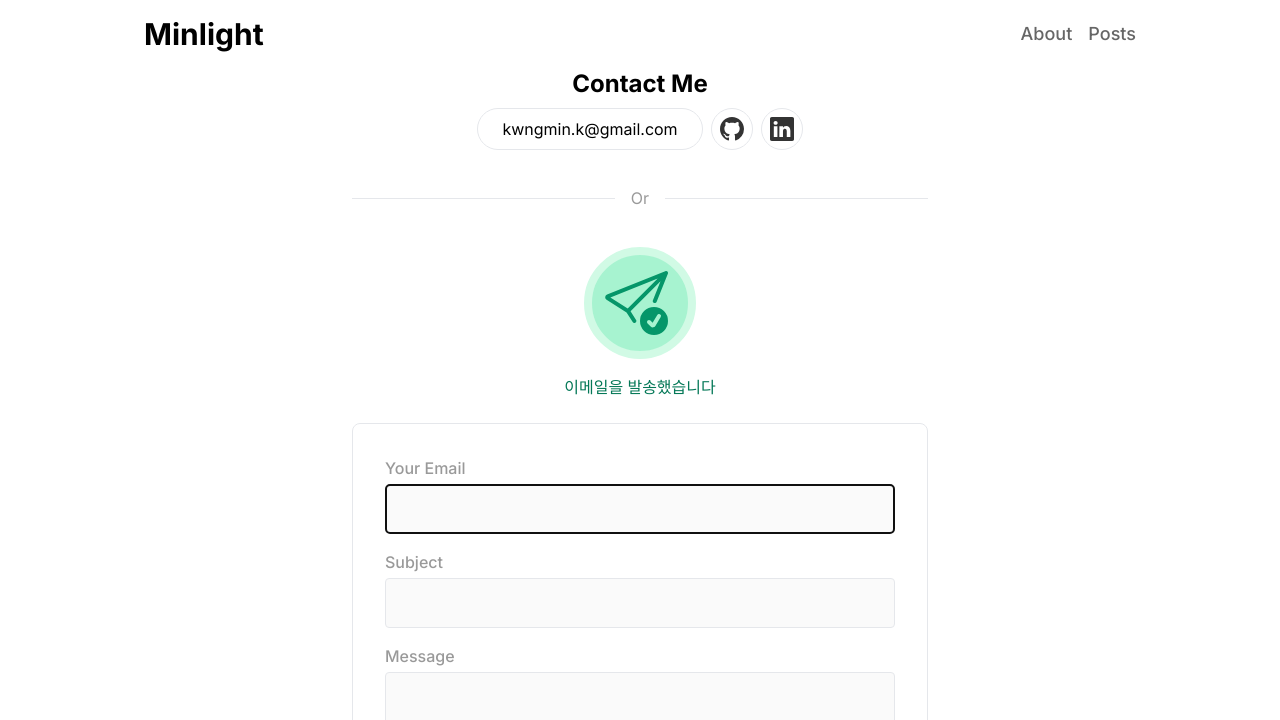
Repository: kwngmin/minlight-blog
Page: /contact
The author's editor kept a copy of each file at every save. The page is drawn from the files as they stood at one save, then again after the next save.
The browser window is 1280 px wide. The pictures show the whole page.
An inner scrolling area shows only its first screen. The project was rebuilt for these pictures with package versions that can differ from the ones it lists, and the page was loaded fresh each time. The framework's server and built-in components were replaced by stand-ins that run in the browser. Also part of the build but not shown: next.config.js.

Above is the page before, as saved 2023-04-03 20:25:23.

### src/app/layout.tsx
import Footer from "@/components/Footer";
import "./globals.css";
import { Inter } from "next/font/google";
import Header from "@/components/Header";

const inter = Inter({ subsets: ["latin"] });

export const metadata = {
  title: "Create Next App",
  description: "Generated by create next app",
};

export default function RootLayout({
  children,
}: {
  children: React.ReactNode;
}) {
  return (
    <html lang="en" className={inter.className}>
      <body className="flex flex-col">
        <Header />
        <main className="max-w-screen-lg mx-auto w-full grow px-4">
          {children}
        </main>
        <Footer />
      </body>
    </html>
  );
}

### src/app/contact/page.tsx
import ContactForm from "@/components/ContactForm";
import { BsLinkedin, BsGithub } from "react-icons/bs";
export default function ContactPage() {
  const LINKS = [
    { icon: <BsGithub />, url: "https://github.com/kwngmin" },
    {
      icon: <BsLinkedin />,
      url: "https://www.linkedin.com/in/%EA%B4%91%EB%AF%BC-%EA%B9%80-52b83a25a/",
    },
  ];
  return (
    <section className="flex flex-col items-center gap-2 max-w-xl mx-auto">
      <h2 className="text-2xl font-bold">Contact Me</h2>
      <ul className="flex justify-center items-center gap-2">
        <a
          href="mailto:kwngmin.k@gmail.com"
          className="px-6 rounded-full hover:bg-black hover:text-white py-2 border"
        >
          kwngmin.k@gmail.com
        </a>
        {LINKS.map(({ url, icon }, index) => (
          <a
            href={url}
            key={index}
            target="_blank"
            rel="noreferrer"
            className="text-2xl text-black/80 hover:bg-black hover:text-white rounded-full p-2 border"
          >
            {icon}
          </a>
        ))}
      </ul>
      <div className="w-full relative flex justify-center">
        <div className="w-full my-10 border-b"></div>
        <span className="absolute top-7 bg-white px-4 text-black/40">Or</span>
      </div>
      <ContactForm />
    </section>
  );
}

### src/components/Footer.tsx
export default function Footer() {
  return (
    <section className="text-center py-16 text-black/30 border-t mt-12">
      © 2023 Minlight
    </section>
  );
}

### src/app/globals.css
@tailwind base;
@tailwind components;
@tailwind utilities;

* {
  box-sizing: border-box;
  padding: 0;
  margin: 0;
}

html,
body {
  height: 100vh;
  overflow-y: auto;
}

/*
:root {
  --max-width: 1100px;
  --border-radius: 12px;
  --font-mono: ui-monospace, Menlo, Monaco, "Cascadia Mono", "Segoe UI Mono",
    "Roboto Mono", "Oxygen Mono", "Ubuntu Monospace", "Source Code Pro",
    "Fira Mono", "Droid Sans Mono", "Courier New", monospace;

  --foreground-rgb: 0, 0, 0;
  --background-start-rgb: 214, 219, 220;
  --background-end-rgb: 255, 255, 255;

  --primary-glow: conic-gradient(
    from 180deg at 50% 50%,
    #16abff33 0deg,
    #0885ff33 55deg,
    #54d6ff33 120deg,
    #0071ff33 160deg,
    transparent 360deg
  );
  --secondary-glow: radial-gradient(
    rgba(255, 255, 255, 1),
    rgba(255, 255, 255, 0)
  );

  --tile-start-rgb: 239, 245, 249;
  --tile-end-rgb: 228, 232, 233;
  --tile-border: conic-gradient(
    #00000080,
    #00000040,
    #00000030,
    #00000020,
    #00000010,
    #00000010,
    #00000080
  );

  --callout-rgb: 238, 240, 241;
  --callout-border-rgb: 172, 175, 176;
  --card-rgb: 180, 185, 188;
  --card-border-rgb: 131, 134, 135;
}

@media (prefers-color-scheme: dark) {
  :root {
    --foreground-rgb: 255, 255, 255;
    --background-start-rgb: 0, 0, 0;
    --background-end-rgb: 0, 0, 0;

    --primary-glow: radial-gradient(rgba(1, 65, 255, 0.4), rgba(1, 65, 255, 0));
    --secondary-glow: linear-gradient(
      to bottom right,
      rgba(1, 65, 255, 0),
      rgba(1, 65, 255, 0),
      rgba(1, 65, 255, 0.3)
    );

    --tile-start-rgb: 2, 13, 46;
    --tile-end-rgb: 2, 5, 19;
    --tile-border: conic-gradient(
      #ffffff80,
      #ffffff40,
      #ffffff30,
      #ffffff20,
      #ffffff10,
      #ffffff10,
      #ffffff80
    );

    --callout-rgb: 20, 20, 20;
    --callout-border-rgb: 108, 108, 108;
    --card-rgb: 100, 100, 100;
    --card-border-rgb: 200, 200, 200;
  }
}

* {
  box-sizing: border-box;
  padding: 0;
  margin: 0;
}

html,
body {
  max-width: 100vw;
  overflow-x: hidden;
}

body {
  color: rgb(var(--foreground-rgb));
  background: linear-gradient(
      to bottom,
      transparent,
      rgb(var(--background-end-rgb))
    )
    rgb(var(--background-start-rgb));
}

a {
  color: inherit;
  text-decoration: none;
}

@media (prefers-color-scheme: dark) {
  html {
    color-scheme: dark;
  }
} */

### src/components/Header.tsx
import Link from "next/link";

const navData = [
  { name: "About", path: "/about" },
  { name: "Posts", path: "/posts" },
];

export default function Header() {
  return (
    <div className="w-full flex justify-between items-center p-4 mx-auto max-w-screen-lg">
      <Link href="/">
        <h1 className="text-3xl font-bold">Minlight</h1>
      </Link>
      <nav className="flex gap-4 px-4 lg:px-0">
        {navData.map(({ name, path }) => (
          <Link
            href={path}
            key={path}
            className="text-black/60 hover:text-black text-lg font-medium hover:underline decoration-slate-400 hover:decoration-4 underline-offset-8"
          >
            {name}
          </Link>
        ))}
      </nav>
    </div>
  );
}

### src/components/ContactForm.tsx
"use client";
import { ChangeEvent, FormEvent, useState } from "react";
// import Banner, { BannerData } from "./banner";
import TextareaAutosize from "react-textarea-autosize";
import { BsSendCheck } from "react-icons/bs";
import { BannerData } from "./Banner";

type Form = {
  from: string;
  subject: string;
  message: string;
};
export default function ContactForm() {
  const [form, setForm] = useState<Form>({
    from: "",
    subject: "",
    message: "",
  });
  const [banner, setBanner] = useState<BannerData | null>(null);
  const onChange = (e: ChangeEvent<HTMLInputElement | HTMLTextAreaElement>) => {
    const { name, value } = e.target;
    setForm((prev) => ({ ...prev, [name]: value }));
  };
  const onSubmit = (e: FormEvent<HTMLFormElement>) => {
    e.preventDefault();
    console.log(e.target);
    setBanner({ message: "성공했어", state: "success" });
    // setTimeout(() => {
    //   setBanner(null);
    // }, 5000);
    // setForm({
    //   from: "",
    //   subject: "",
    //   message: "",
    // });
  };
  const INPUT_LABEL = "font-medium text-black/40 mb-1";
  const INPUT_BOX = "mb-4 resize-none px-3 py-3 border rounded bg-zinc-50";
  return (
    <section className="w-full">
      {/* {banner && <Banner banner={banner} />}
       */}
      <div className="px-4 mb-6 rounded flex flex-col items-center font-medium text-emerald-700 ">
        <div className="rounded-full w-28 h-28 mb-4 flex justify-center items-center border-8 bg-emerald-200 border-emerald-100">
          <BsSendCheck size={64} className="mr-2 text-emerald-600" />
        </div>
        <span>{`이메일을 발송했습니다`}</span>
      </div>
      <form
        onSubmit={onSubmit}
        className="flex flex-col border p-8 w-full rounded-lg"
      >
        <label htmlFor="from" className={INPUT_LABEL}>
          Your Email
        </label>
        <input
          type="email"
          id="from"
          required
          autoFocus
          name="from"
          value={form.from}
          onChange={onChange}
          className={INPUT_BOX}
        />
        <label htmlFor="subject" className={INPUT_LABEL}>
          Subject
        </label>
        <input
          type="string"
          id="subject"
          required
          name="subject"
          value={form.subject}
          onChange={onChange}
          className={INPUT_BOX}
        />
        <label htmlFor="message" className={INPUT_LABEL}>
          Message
        </label>
        <TextareaAutosize
          rows={6}
          minRows={6}
          id="message"
          required
          name="message"
          value={form.message}
          onChange={onChange}
          className={INPUT_BOX}
        />
        <button className="bg-zinc-100 hover:bg-zinc-300 rounded-lg h-12">
          Send Email
        </button>
      </form>
    </section>
  );
}

### tailwind.config.js
/** @type {import('tailwindcss').Config} */
module.exports = {
  content: ["./src/**/*.{js,ts,jsx,tsx}"],
  theme: {
    extend: {},
  },
  plugins: [require("@tailwindcss/typography")],
};

After the next save:
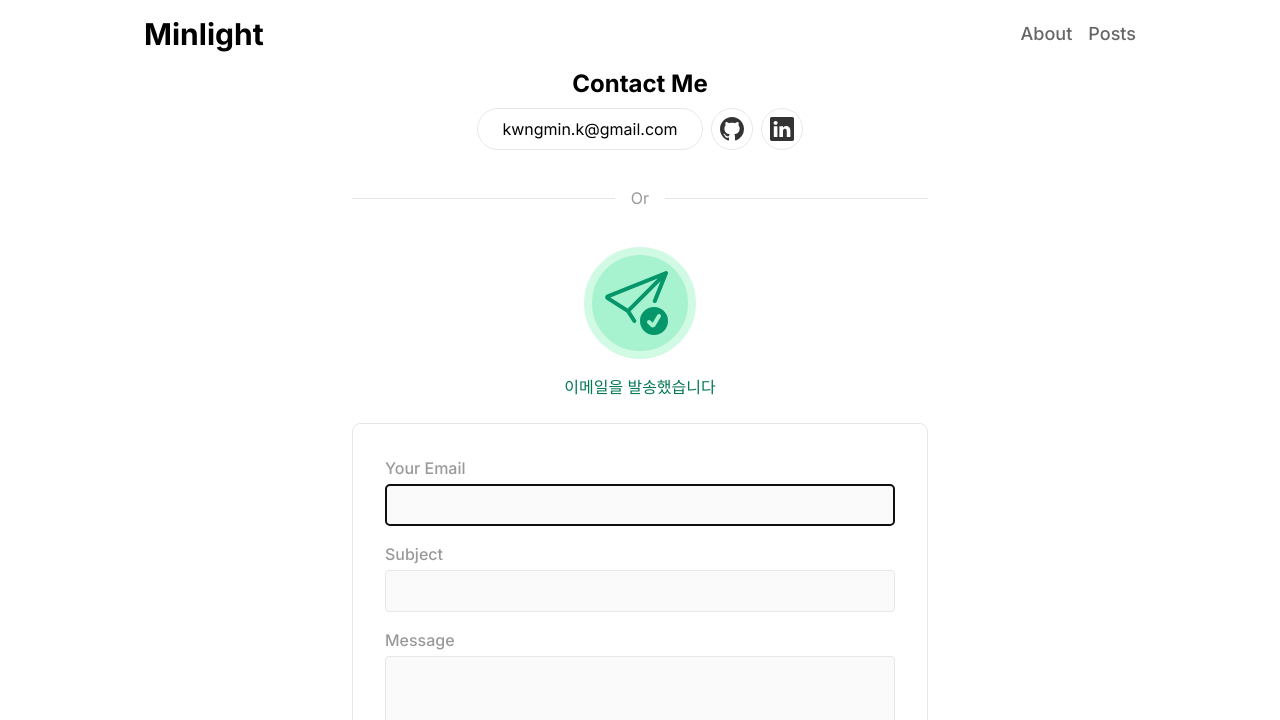
Saved 30 s later.
--- a/src/components/ContactForm.tsx
+++ b/src/components/ContactForm.tsx
@@ -35,7 +35,7 @@ export default function ContactForm() {
     // });
   };
   const INPUT_LABEL = "font-medium text-black/40 mb-1";
-  const INPUT_BOX = "mb-4 resize-none px-3 py-3 border rounded bg-zinc-50";
+  const INPUT_BOX = "mb-4 resize-none px-3 py-2 border rounded bg-zinc-50";
   return (
     <section className="w-full">
       {/* {banner && <Banner banner={banner} />}
